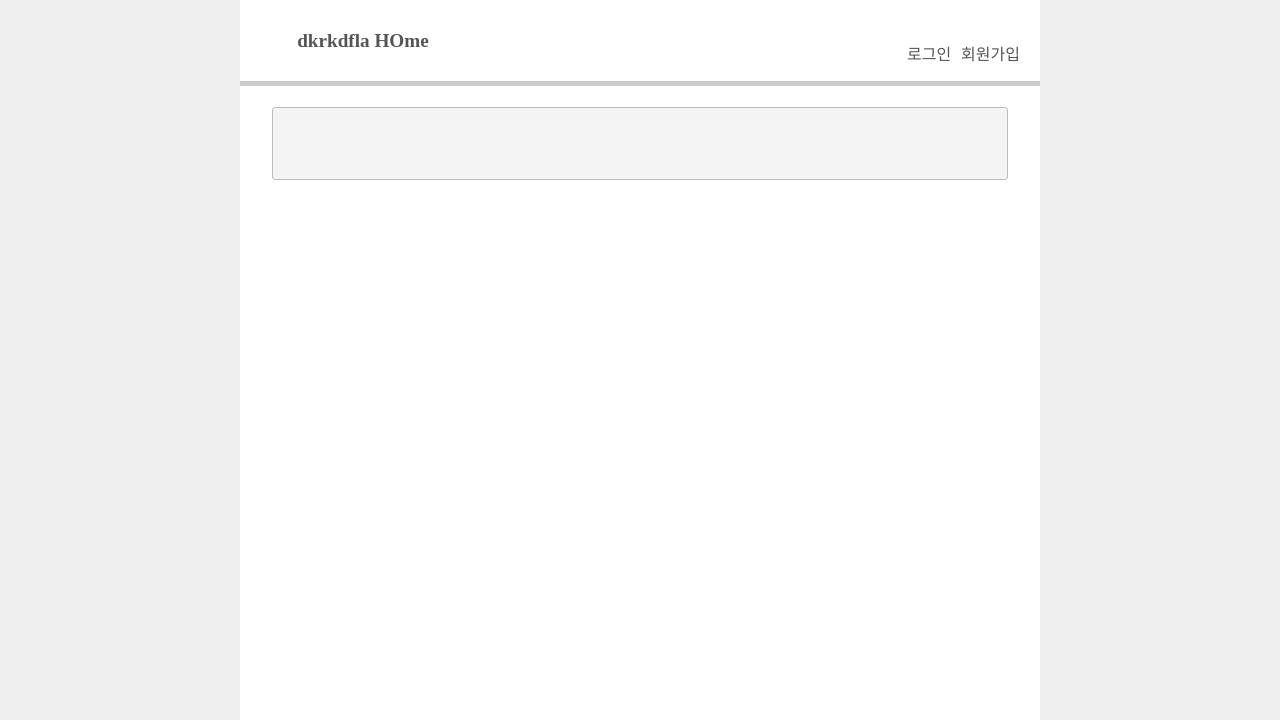
Repository: Dusajang/JSPClass
Page: http://localhost/jspPro/days03/ex10.jsp
The author's editor kept a copy of each file at every save. The page is drawn from the files as they stood at one save, then again after the next save.
The browser window is 1280 px wide. The pictures show the whole page.
Some web fonts or font styles are not loaded; a fallback is used. The page is served by Tomcat 9. Other server files are loaded and not shown.

Above is the page before, as saved 2024-10-17 07:48:38.

### jspPro/src/main/webapp/days03/ex10.jsp
<%@ page contentType="text/html; charset=UTF-8" pageEncoding="UTF-8"%>
<!DOCTYPE html>
<html>
<head>
<meta charset="UTF-8">
<title>Insert title here</title>
<link rel="shortcut icon" type="image/x-icon" href="http://localhost/jspPro/images/SiSt.ico">
<script src="https://ajax.googleapis.com/ajax/libs/jquery/3.7.1/jquery.min.js"></script>
<meta name="viewport" content="width=device-width, initial-scale=1.0">
<meta name="google" content="notranslate">
<link rel="stylesheet" href="http://localhost/jspPro/resources/cdn-main/example.css">
<script src="http://localhost/jspPro/resources/cdn-main/example.js"></script>
<style>
 span.material-symbols-outlined{
    vertical-align: text-bottom;
 }
</style>
</head>
<body>
<header>
  <h1 class="main"><a href="#" style="position: absolute;top:30px;">dkrkdfla HOme</a></h1>
  <ul>
    <li><a href="#">로그인</a></li>
    <li><a href="#">회원가입</a></li>
  </ul>
</header>
<div>
  <xmp class="code">

  </xmp>
</div>
</body>
</html>

### jspPro/src/main/webapp/resources/cdn-main/example.css
@charset "UTF-8";

@import url('https://fonts.googleapis.com/css2?family=Material+Symbols+Outlined:opsz,wght,FILL,GRAD@20..48,100..700,0..1,-50..200');

@font-face {
    font-family: 'GmarketSansMedium';
    src: url('https://cdn.jsdelivr.net/gh/projectnoonnu/noonfonts_2001@1.1/GmarketSansMedium.woff') format('woff');
    font-weight: normal;
    font-style: normal;
}

:root {
	--text-color: #555;
	--sub-text-color: #777;
	--back-color: #EFEFEF;
	--header-color: #444;
	--primary-color: #DEDEDE;
	--secondary-color: #EFEFEF;
	--default-width: 800px;
	--narrow-width: 500px;
	--wide-width: 1200px;
	--text-font: 'GmarketSansMedium';
	--icon-font: 'Material Symbols Outlined';
	--border-color: #CCC;
}

html, body {
	margin: 0;
	padding: 0;
}

html {
	background-color: var(--back-color);
	display: flex;
	justify-content: center;
	min-height: 100vh;
}

body, body.default {
	width: var(--default-width);
	background-color: white;
	padding-bottom: 120px;
}

body.wide {
	width: var(--wide-width);
}

body.narrow {
	width: var(--narrow-width);
}



body, p, div, span, a, input, select, option, textarea, button, table, th, td, label, fieldset, legend {
	font-family: var(--text-font);
	color: var(--text-color);
}

h1, h2, h3 {
	font-family: var(--text-font);
	color: var(--header-color);
	padding: 0 1rem;
	padding-top: .5rem;
}

div > h1, div > h2, div > h3 {
	padding: 0;
}

body > div, body > main > div {
	padding: 0.3rem 1rem;
}


h1 { font-size: 2rem; border-bottom: 1px solid var(--border-color); }
h1 small { font-size: 1.2rem; color: var(--sub-text-color); }
h2 { font-size: 1.5rem; border-bottom: 1px dashed var(--border-color); }
h2 small { font-size: 1.1rem; color: --sub-text-color; }
h3 { font-size: 1.2rem; }
h3 small { font-size: 1rem; color: --sub-text-color; }



h1.main::before {
	font-family: var(--icon-font);
  	content: '\e666';
  	margin-right: 10px;
  	float: left;
	font-size: 2.5rem;
}

h1.sub::before {
	font-family: var(--icon-font);
  	content: '\ea19';
  	margin-right: 10px;
  	float: left;
	font-size: 2.5rem;
}


h1.page::before {
	font-family: var(--icon-font);
  	content: '\e0e0';
  	margin-right: 10px;
  	float: left;
	font-size: 2.5rem;
}

body > header > ul > li > .active{
	background-color: #FFF;
	color:#F00;
}

body > header {
	display: flex;
	justify-content: space-between;
	border-bottom: 5px solid var(--border-color);
	min-height: 74px;
	background-color: #FFF;
}

body > header.sticky {
	position: sticky;
	top: 0;
	z-index: 98;
}

body > header > h1 {
	font-size: 1.2rem;
	border: 0;
}

body > header.in > h1::before {
	font-family: var(--icon-font);
  	content: '\e332‥';
  	margin-right: 3px;
  	float: left;
	font-size: 2rem;
}


body > header > ul {
	list-style-type: none;
	display: flex;
	align-items: flex-end;
	margin-right: 10px;
}

body > header > ul > li {
	margin-right: 10px;
	cursor: pointer;
}

body > header > ul > li > a {
	cursor: pointer;
}


form {
	display: block;
}

form > div {
	padding: 0.3rem 1rem;
}

div > form > div {
	padding: 0.3rem 0;
}

input, textarea, button, select {
	border: 1px solid #BBB;
	border-radius: 3px;
	outline: none;
	resize: none;
	padding: 7px;
	margin: 0;
}

input[type=text]:read-only, textarea:read-only {
	cursor: not-allowed;
	background-color: #FFF;
}

input[type=text]:disabled, textarea:disabled {
	cursor: not-allowed;
	background-color: #EEE;
}

input[type=text], input[type=password], textarea, button, select {
	/* width: 300px; */
}

textarea {
	display: block;
	height: 100px;
}

input[type=button], input[type=submit], button {
	/* width: inherit; */
}

input.short, textarea.short, button.short, select.short {
	width: 100px;
}

input.long, textarea.long, button.long, select.long {
	width: 350px;
}

.narrow input.long, .narrow textarea.long, .narrow button.long, .narrow select.long {
	width: calc(100% - 20px);
}

input.full, textarea.full, button.full, select.full {
	width: calc(100% - 20px);
}

textarea.short {
	height: 50px;
}

textarea.long {
	height: 100px;
}

textarea.full {
	height: 200px;
}

input, textarea {
	padding-top: 8px;
}

input[type=button], input[type=submit], button {
	padding: 5px 10px;
	background-color: var(--secondary-color);
	cursor: pointer;
	min-height: 36px;
}

input[type=button].primary, input[type=submit].primary, button.primary {
	/* background-color: rgba(100, 149, 237, .2); */
	background-color: var(--primary-color);
}

input[type=button].primary:hover, input[type=submit].primary:hover, button.primary:hover {
	/* background-color: rgba(100, 149, 237, .3); */
	background-color: var(--secondary-color);
}

input[type=button]:hover, input[type=submit]:hover, button:hover {
	background-color: var(--primary-color);
}

button {
	position: relative;
	left: 0;
	top: 0;
	padding-left: 35px;
}

button .material-symbols-outlined {
	position: absolute;
	left: 10px;
	top: 4px;
}

/* k2nik add */
button.login::before {
	font-family: var(--icon-font);
  	content: '\ea77';
	position: absolute;
	left: 11px;
	top: 4px;
	font-size: 1.25rem;
}

/* k2nik logout */
button.logout::before {
	font-family: var(--icon-font);
  	content: '\e9ba';
	position: absolute;
	left: 11px;
	top: 4px;
	font-size: 1.25rem;
}

/* k2nik help */
button.help::before {
	font-family: var(--icon-font);
  	content: '\f1c0';
	position: absolute;
	left: 11px;
	top: 4px;
	font-size: 1.25rem;
}

button.add::before{
	font-family: var(--icon-font);
  	content: '\e746';
	position: absolute;
	left: 11px;
	top: 4px;
	font-size: 1.25rem;
}

button.back::before {
	font-family: var(--icon-font);
  	content: '\e166';
	position: absolute;
	left: 11px;
	top: 4px;
	font-size: 1.25rem;
}

button.list::before {
	font-family: var(--icon-font);
  	content: '\e0ee';
	position: absolute;
	left: 11px;
	top: 4px;
	font-size: 1.25rem;
}


button.del::before {
	font-family: var(--icon-font);
  	content: '\e872';
	position: absolute;
	left: 11px;
	top: 4px;
	font-size: 1.25rem;
}


button.edit::before {
	font-family: var(--icon-font);
  	content: '\e745';
	position: absolute;
	left: 11px;
	top: 4px;
	font-size: 1.25rem;
}


button.login::before {
	font-family: var(--icon-font);
  	content: '\ea77';
	position: absolute;
	left: 11px;
	top: 4px;
	font-size: 1.25rem;
}


button.logout::before {
	font-family: var(--icon-font);
  	content: '\e9ba';
	position: absolute;
	left: 11px;
	top: 4px;
	font-size: 1.25rem;
}


button.in::before {
	font-family: var(--icon-font);
  	content: '\f71a';
	position: absolute;
	left: 11px;
	top: 4px;
	font-size: 1.25rem;
}


button.out::before {
	font-family: var(--icon-font);
  	content: '\f70e';
	position: absolute;
	left: 11px;
	top: 4px;
	font-size: 1.25rem;
}


button.reply::before {
	font-family: var(--icon-font);
  	content: '\e15e';
	position: absolute;
	left: 11px;
	top: 4px;
	font-size: 1.25rem;
}


button.comment::before {
	font-family: var(--icon-font);
  	content: '\e0b9';
	position: absolute;
	left: 11px;
	top: 4px;
	font-size: 1.25rem;
}


button.modal::before {
	font-family: var(--icon-font);
  	content: '\e89e';
	position: absolute;
	left: 11px;
	top: 4px;
	font-size: 1.25rem;
}


button.ok::before {
	font-family: var(--icon-font);
  	content: '\e86c';
	position: absolute;
	left: 11px;
	top: 4px;
	font-size: 1.25rem;
}


button.cancel::before {
	font-family: var(--icon-font);
  	content: '\e5c9';
	position: absolute;
	left: 11px;
	top: 4px;
	font-size: 1.25rem;
}

button.search::before {
	font-family: var(--icon-font);
  	content: '\e8b6';
	position: absolute;
	left: 11px;
	top: 4px;
	font-size: 1.25rem;
}

button.home::before {
	font-family: var(--icon-font);
  	content: '\e88a';
	position: absolute;
	left: 11px;
	top: 4px;
	font-size: 1.25rem;
}


button.sidebar::before {
	font-family: var(--icon-font);
  	content: '\f7e4';
	position: absolute;
	left: 11px;
	top: 4px;
	font-size: 1.25rem;
}


button.sidebar-right::before {
	font-family: var(--icon-font);
  	content: '\f7e5';
	position: absolute;
	left: 11px;
	top: 4px;
	font-size: 1.25rem;
}




button::before {
	font-family: var(--icon-font);
  	content: '\e323';
	position: absolute;
	left: 11px;
	top: 4px;
	font-size: 1.25rem;
}


table {
	border-collapse: collapse;
	margin: 1rem;
	box-sizing: border-box;
	width: calc(100% - 32px);
}

table.content {
	width: auto;
}

div > table {
	margin: 0;
}

table th, table td {
	border: 1px solid var(--border-color);
	padding: 7px;
	font-weight: normal;
}

table th {
	background-color: var(--back-color);
}

table.vertical th {
	width: 150px;
}

table.vertical td {
	width: calc(100% - 182px);
	padding-left: 10px;
}

table.content td, table.content th {
	width: auto;
}

body.narrow table.vertical th {
	width: 100px;
}

body.narrow table.vertical td {
	width: calc(100% - 182px);
}


table + table {
	margin-top: 30px;
}


p {
	padding: 0 1rem;
}

a {
	text-decoration: none;
}

a:hover {
	color: rgba(255, 99, 71, .7);
}

hr {
	border: 0;
	border-top: 1px solid var(--border-color);
	margin: 2rem 0;
}

.message {
	border: 1px solid var(--border-color);
	background-color: #EFEFEF;
	margin: 1rem;
	width: auto;
	padding-top: 10px;
	padding-bottom: 10px;
	font-size: 14px;
}

.message[title]::before {
	content: attr(title);
	display: block;
	border-bottom: 1px solid var(--border-color);
	padding-bottom: 5px;
	margin-bottom: 10px;
	margin-top: 7px;
}

.message.short {
	max-width: 250px;
}

.message.long {
	max-width: 500px;
}

.badge {
	float: right;
	font-size: .8rem;
	margin-top: 2px;
	margin-right: 2px;
	text-shadow: 0 0 7px gray;
}

.badge.left {
	float: none;
	margin-left: 2px;
}

.badge.right {
	float: right;
}

.badge.red {
	border-radius: 50%;
	padding: 2px 5px;
	background-color: rgb(255, 99, 71, .3);
}

.badge.yellow {

	border-radius: 50%;
	padding: 2px 5px;
	background-color: rgb(255, 215, 0, .5);
}

.badge.blue {
	border-radius: 50%;
	padding: 2px 5px;
	background-color: rgb(100, 149, 237, .3);
}

label + label {
	margin-left: 7px;
}

label input[type=checkbox], label input[type=radio] {
	transform: translate(0, 1px);
}

.group {
	display: flex;
}

.modal-content .group {
	margin-bottom: .5rem;
}

.group label {
	border: 1px solid #BBB;
	border-radius: 3px;
	outline: none;
	resize: none;
	padding: 7px 14px;
	margin: 0;
	border-top-right-radius: 0;
	border-bottom-right-radius: 0;
	background-color: #EFEFEF;
	white-space: nowrap;
	font-size: 14px;
}

.group input[type=text] {
	margin-left: -1px;
	border-top-left-radius: 0;
	border-bottom-left-radius: 0;
}

.group select {
	margin-left: -1px;
	border-top-left-radius: 0;
	border-bottom-left-radius: 0;
}

.group input.full[type=text] {
	margin-left: -1px;
	border-top-left-radius: 0;
	border-bottom-left-radius: 0;
	width: 100%;
}

.group input[type=button]:first-child, .group button:first-child {
	border-top-left-radius: 3px;
	border-bottom-left-radius: 3px;
	margin-left: 0px;
}

.group input[type=button], .group button {
	border-radius: 0;
	margin-left: -1px;
}

.group input[type=button]:last-child, .group button:last-child {
	margin-left: -1px;
	border-top-right-radius: 3px;
	border-bottom-right-radius: 3px;
}

.seperate {
	display: flex;
	justify-content: space-between;
}

div.list {
	width: max-content;
	margin: 1rem;
	border: 1px solid #BBB;
	border-radius: 3px;
	padding: 0;
}

div.list.full {
	width: auto;
	display: block;
	margin: 1rem;
	border: 1px solid #BBB;
	border-radius: 3px;
	padding: 0;
}

div.list > div {
	padding: .5rem 1rem;
	margin: 0;
	border-bottom: 1px solid #BBB;
}

div.list > div:last-child {
	border-bottom: 0;
}

pre.code , xmp.code{
	font-family: consols;
	background-color: rgba(150, 150, 150, .1);
	border: 1px solid #BBB;
	border-radius: 3px;
	padding: .5rem 1rem;
	padding-bottom: .6rem;
	margin: 1rem;
}




*[data-modal-window] {
	position: fixed;
	background-color: rgba(0, 0, 0, .3);
	left: 0;
	top: 0;
	display: none;
	justify-content: center;
	align-items: flex-start;
	width: 100%;
	min-height: 100vh;
	z-index: 100;
	opacity: 0;
	transition: 500ms all;
}

*[data-modal-window] .modal-container {
	border-radius: 5px;
	padding: 1rem;
	padding-bottom: .5rem;
	margin-top: -500px;
	opacity: 0;
	width: 500px;
	background-color: #FFF;
	margin-right: 2rem;
	transition: 500ms all;
}

*[data-modal-size=content] .modal-container {
	width: auto;
}

*[data-modal-size=narrow] .modal-container {
	width: 300px;
}

*[data-modal-size=wide] .modal-container {
	width: 760px;
}


*[data-modal-window] .modal-header {
	border-bottom: 1px solid var(--border-color);
	padding: 2px 5px;
}

*[data-modal-window] .modal-content {
	padding: 1rem 5px;
}

*[data-modal-window] .modal-content div:last-child {
	margin-top: 1rem;
	text-align: right;
}



*[data-sidebar-window] {
	position: fixed;
	background-color: #FFF;
	left: 0;
	top: 0;
	display: block;
	width: 300px;
	border-right: 1px solid var(--border-color);
	box-sizing: border-box;
	box-shadow: 0 0 3px var(--back-color);
	min-height: 100vh;
	z-index: 99;
	transform: translate(-300px, 0);
	transition-duration: 500ms;
	transition-property: transform;
}

*[data-sidebar-direction=right] {
	left: auto;
	right: 0;
	transform: translate(300px, 0);
	border-left: 1px solid var(--border-color);
}

*[data-sidebar-size=wide] {
	width: 500px;
	transform: translate(-500px, 0);
}

*[data-sidebar-window] .sidebar-title {
	border-bottom: 1px solid var(--border-color);
	margin-top: 20px;
	margin-bottom: 20px;
	padding-bottom: 5px;
	display: flex;
	justify-content: space-between;
}

*[data-sidebar-window] .sidebar-title span:last-child {
	cursor: pointer;
}


/* K2Nik pagination */
.center {
  text-align: center;
}

.pagination {
  display: inline-block;
}

.pagination a {
  color: black;
  float: left;
  padding: 3px 6px;
  text-decoration: none;
  transition: background-color .3s;
  border: 1px solid #ddd;
  margin: 0 3px;
}

.pagination a.active {
  background-color: #4CAF50;
  color: white;
  border: 1px solid #4CAF50;
}

.pagination a:hover:not(.active) {background-color: #ddd;}

### jspPro/src/main/webapp/resources/cdn-main/example.js

window.onload = () => {

    const list = document.querySelectorAll('input, textarea');

    list.forEach(item => {
        item.setAttribute('autocomplete', 'off');
    });


    const modal_btn_list = document.querySelectorAll('*[data-modal-button]');

    modal_btn_list.forEach(item => {
        item.onclick = function() {

            const name = this.dataset['modalButton'];
            const modal_window = document.querySelector('*[data-modal-window=' + name);

            const container = document.createElement('div');
            container.className = 'modal-container';



            const modal_header = document.createElement('div');
            modal_header.textContent = modal_window.dataset['modalTitle'];
            modal_header.className = 'modal-header';
            container.appendChild(modal_header);

            const modal_content = document.createElement('div');
            modal_content.className = 'modal-content';
            container.appendChild(modal_content);

            Array.from(modal_window.childNodes).forEach(item => {
                modal_content.appendChild(item);
            });

            modal_window.appendChild(container);

            modal_window.style.display = 'flex';

            setTimeout(() => {
                modal_window.style.opacity = 1;
                container.style.marginTop = '20px';
                container.style.opacity = 1;
            }, 50);


            const modal_ok = document.querySelector('*[data-modal-ok=' + name);
            modal_ok.addEventListener('click', function() {
                modal_window.style.opacity = 0;
                container.style.marginTop = '-500px';
                container.style.opacity = 0;

                setTimeout(() => {
                    modal_window.innerHTML = modal_content.innerHTML;
                    modal_window.style.display = 'none';
                }, 500);

            });

            const modal_cancel = document.querySelector('*[data-modal-cancel=' + name);
            modal_cancel.addEventListener('click', function() {

                modal_window.style.opacity = 0;
                container.style.marginTop = '-500px';
                container.style.opacity = 0;

                setTimeout(() => {
                    modal_window.innerHTML = modal_content.innerHTML;
                    modal_window.style.display = 'none';
                }, 500);
            });


        };
    });


    const sidebar_btn_list = document.querySelectorAll('*[data-sidebar-button]');

    sidebar_btn_list.forEach(item => {
        item.onclick = function() {



            const name = this.dataset['sidebarButton'];
            const sidebar_window = document.querySelector('*[data-sidebar-window=' + name);

            if (sidebar_window.style.transform == 'translate(0px, 0px)') return;



            sidebar_window.style.transform = 'translate(0, 0)';

            const sidebar_title = document.createElement('div');
            sidebar_title.className = 'sidebar-title';
            sidebar_title.innerHTML = '<span>' + sidebar_window.dataset['sidebarTitle'] + '</span><span class="material-symbols-outlined">close</span>';

            sidebar_title.children[1].onclick = function() {

                let sign = 1;
                let distance = 300;

                if (sidebar_window.dataset['sidebarDirection'] != 'right') {
                    sign = -1;
                } else {
                    sign = 1;
                }

                if (sidebar_window.dataset['sidebarSize'] != 'wide') {
                    distance = 300;
                } else {
                    distance = 500;
                }

                distance *= sign;

                sidebar_window.style.transform = 'translate(' + distance + 'px, 0)';

                setTimeout(function() {
                    sidebar_window.removeChild(sidebar_window.children[0]);
                }, 500);
            };


            sidebar_window.prepend(sidebar_title);

        }
    });

};

// window.onkeydown = function(event) {

//     if (event.keyCode == 27) {
//         if (document.querySelector('[data-modal-window').style.display == 'flex') {
//             document.querySelector('[data-modal-window').style.display = 'none';
//         }
//     }

// };

After the next save:
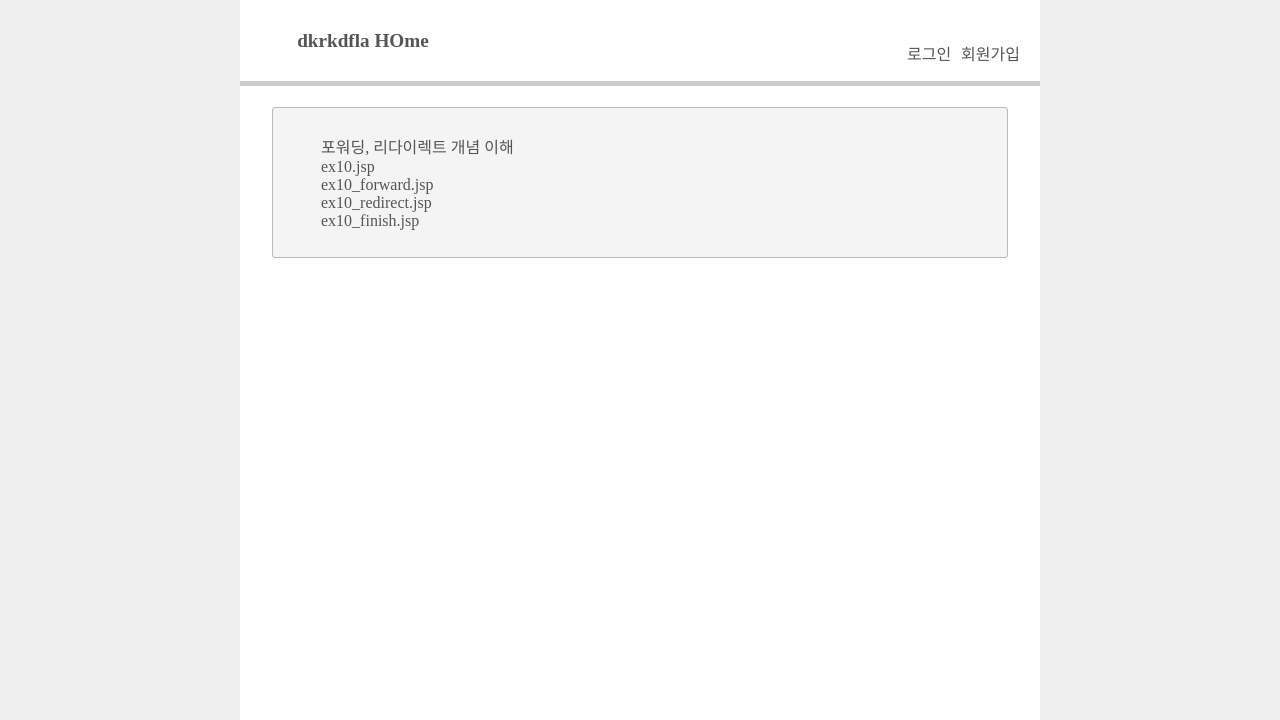
Saved 44 s later.
--- a/jspPro/src/main/webapp/days03/ex10.jsp
+++ b/jspPro/src/main/webapp/days03/ex10.jsp
@@ -26,7 +26,11 @@
 </header>
 <div>
   <xmp class="code">
-
+    	포워딩, 리다이렉트 개념 이해
+    	ex10.jsp
+    	ex10_forward.jsp
+    	ex10_redirect.jsp
+    	ex10_finish.jsp
   </xmp>
 </div>
 </body>
